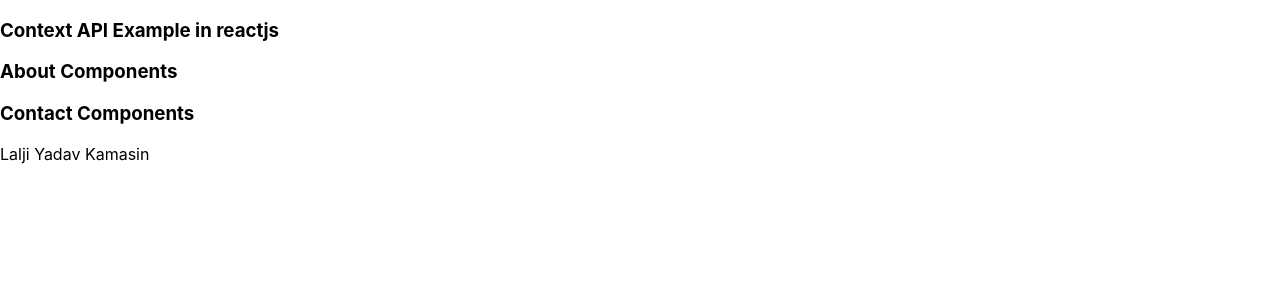
Repository: lalji-yadav/React-Context-API
Page: /a
These files come from the project's save history. The page is drawn as it stood at one moment and after the next save; the edit follows.
The browser window is 1280 px wide. The pictures show the whole page.
The project was rebuilt for these pictures with package versions that can differ from the ones it lists, and the page was loaded fresh each time. Also part of the build but not shown: src/App.css, src/components/C.js, src/components/A.js, src/components/D.js, src/components/B.js.

Above is the page before, as saved 2021-02-10 17:57:17.

After the next save:
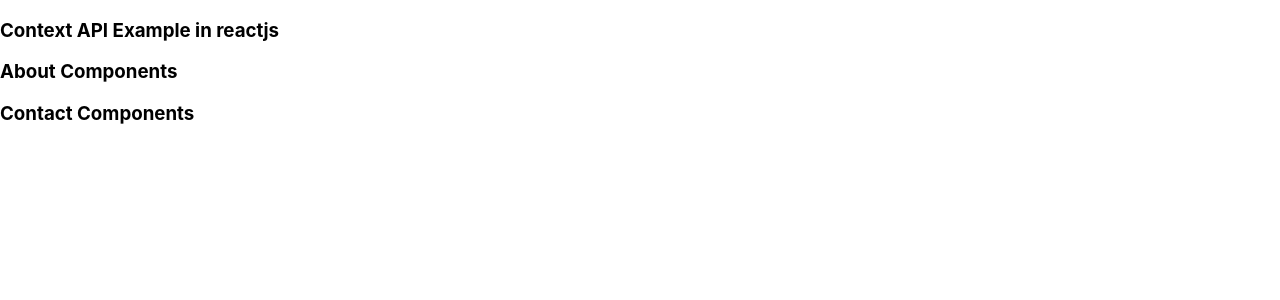
Saved 38 s later.
--- a/src/context/contact.js
+++ b/src/context/contact.js
@@ -7,7 +7,7 @@
             <div>
                 <h3> Contact Components </h3>
                 <ThemeContext.Consumer>
-                    {value=><p>{value}</p>}
+                    {value=><p>{value.name}</p>}
                 </ThemeContext.Consumer>
             </div>
         );

After the save that followed:
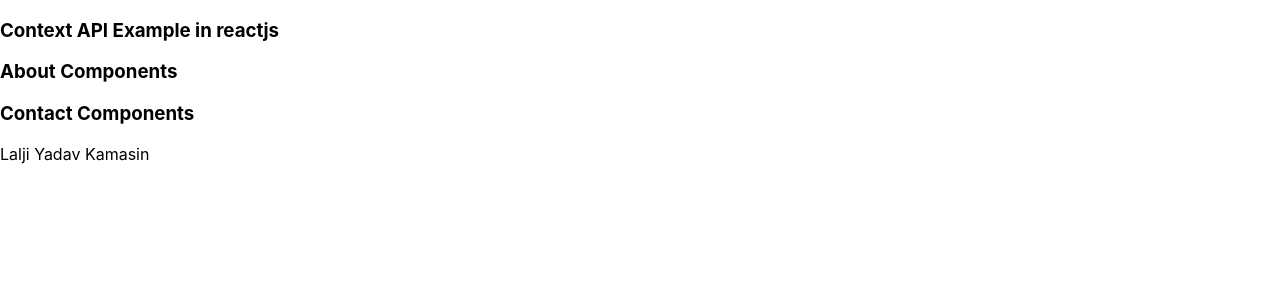
Saved 14 s later.
--- a/src/context/contact.js
+++ b/src/context/contact.js
@@ -7,7 +7,7 @@
             <div>
                 <h3> Contact Components </h3>
                 <ThemeContext.Consumer>
-                    {value=><p>{value.name}</p>}
+                    {value=><p>{value}</p>}
                 </ThemeContext.Consumer>
             </div>
         );
